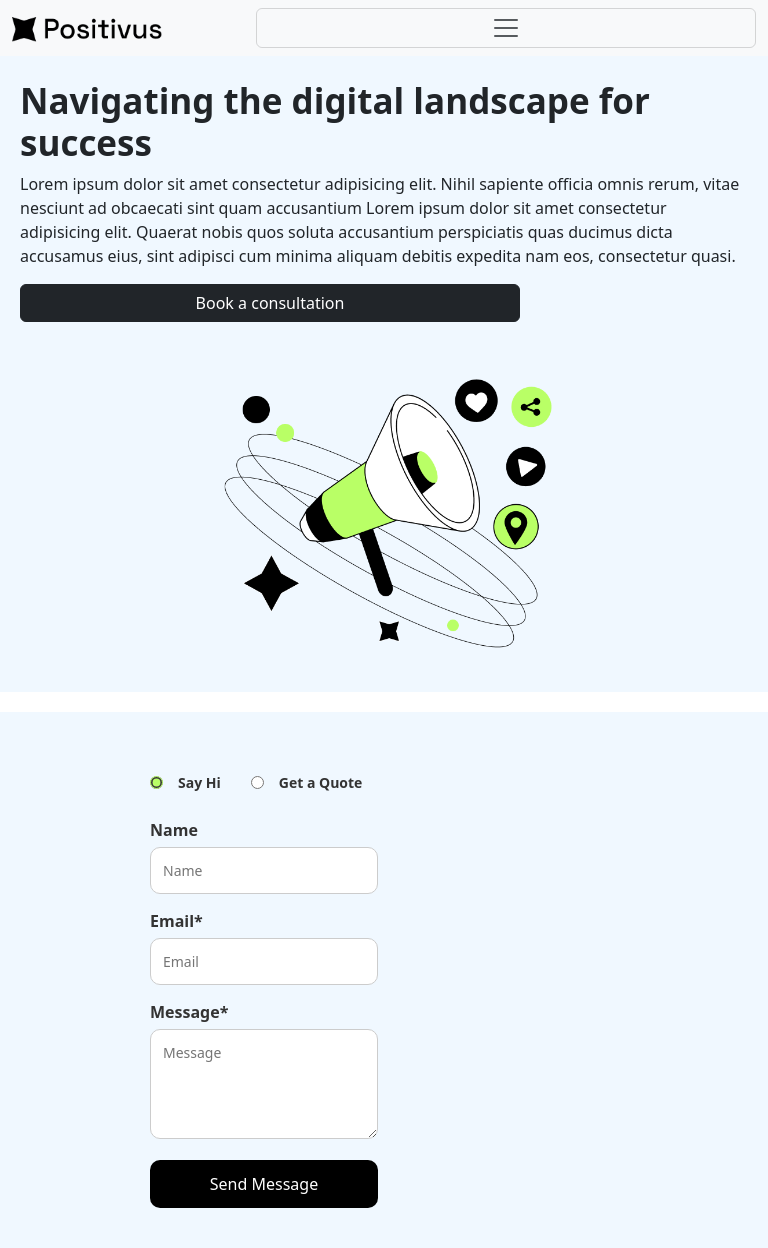
Repository: inshaabbas/CSS-Hackathon-SMIT
Page: index.html
These files come from the project's save history. The page is drawn as it stood at one moment and after a run of saves; the edit follows.
The browser window is 768 px wide. The pictures show the whole page.

Above is the page before, as saved 2025-06-25 10:18:23.

### index.html
<!DOCTYPE html>
<html lang="en">
<head>
    <meta charset="UTF-8">
    <meta name="viewport" content="width=device-width, initial-scale=1.0">
    <title>CSS Hackathon</title>
    <!-- Bootstrap CDN -->
     <link href="https://cdn.jsdelivr.net/npm/bootstrap@5.3.7/dist/css/bootstrap.min.css" rel="stylesheet" integrity="sha384-LN+7fdVzj6u52u30Kp6M/trliBMCMKTyK833zpbD+pXdCLuTusPj697FH4R/5mcr" crossorigin="anonymous">
    <!-- Font Awesome CDN -->
     <link rel="stylesheet" href="https://cdnjs.cloudflare.com/ajax/libs/font-awesome/6.7.2/css/all.min.css" integrity="sha512-Evv84Mr4kqVGRNSgIGL/F/aIDqQb7xQ2vcrdIwxfjThSH8CSR7PBEakCr51Ck+w+/U6swU2Im1vVX0SVk9ABhg==" crossorigin="anonymous" referrerpolicy="no-referrer"/>
    <!-- External Style Sheet -->
     <link rel="stylesheet" href="./style.css">
</head>
<body>
    <!-- Header Section Starts -->
    <header class="container-xxl">
      <div class="fixed-top">
         <nav class="navbar navbar-expand-lg bg-body-tertiary">
  <div class="container-fluid">
    <a class="navbar-brand" href="#"><img src="./Assets/logo.png" alt="Logo" width="150px"></a>
    <button class="navbar-toggler" type="button" data-bs-toggle="collapse" data-bs-target="#navbarSupportedContent" aria-controls="navbarSupportedContent" aria-expanded="false" aria-label="Toggle navigation">
      <span class="navbar-toggler-icon"></span>
    </button>
    <div class="collapse navbar-collapse" id="navbarSupportedContent">
      <ul class="navbar-nav ms-auto me-3 gap-4 mb-2 mb-lg-0">
        <li class="nav-item">
          <a class="nav-link active" aria-current="page" href="#">Aboutus</a>
        </li>
        <li class="nav-item">
          <a class="nav-link active" href="#">Services</a>
        </li>
        <li class="nav-item">
          <a class="nav-link active" aria-disabled="true">User Cases</a>
        </li>
        <li class="nav-item">
          <a class="nav-link active" aria-current="page" href="#">Pricing</a>
        </li>
        <li class="nav-item">
          <a class="nav-link active" aria-current="page" href="#">Blog</a>
        </li>
      </ul>
        <button class="btn btn-outline-dark" type="submit">Request a Quote</button>
      </form>
    </div>
  </div>
</nav>
      </div>
    </header>
    <!-- Header Section Ends -->

    <!-- Hero Section Starts -->
     <section class="hero-sec container-xxl">
        <div class="hero-text">
            <h2>Navigating the digital landscape for success</h2>
            <p>Lorem ipsum dolor sit amet consectetur adipisicing elit. Nihil sapiente officia omnis rerum, vitae nesciunt ad obcaecati sint quam accusantium Lorem ipsum dolor sit amet consectetur adipisicing elit. Quaerat nobis quos soluta accusantium perspiciatis quas ducimus dicta accusamus eius, sint adipisci cum minima aliquam debitis expedita nam eos, consectetur quasi.</p>
            <button type="button" class="btn btn-dark">Book a consultation</button>
        </div>
        <div class="hero-img">
            <img src="./Assets/hero-sec-img.png" alt="Hero Section Img" width="450px" height="330px">
        </div>
     </section>
    <!-- Hero Section Ends -->

     <!-- Contact section Starts -->
     <section class="contact-section container-xxl">
      <div class="contact-form">
        <form>
          <div class="radio-group">
            <label><input type="radio" name="purpose" checked>Say Hi</label>
            <label><input type="radio" name="purpose"> Get a Quote</label>
          </div>

          <div class="form-group">
            <label for="name">Name</label>
            <input type="text" id="name" name="name" placeholder="Name" required>
          </div>

          <div class="form-group">
            <label for="email">Email*</label>
            <input type="email" id="email" name="email" placeholder="Email" required>
          </div>

          <div class="form-group">
            <label for="message">Message*</label>
            <textarea id="message" name="message" placeholder="Message" rows="4" required></textarea>
          </div>

          <button type="submit">Send Message</button>
        </form>
       </div>
      <div class="contact-image">
        <img src="./Assets/Contact-img.png" alt="Contact img" width="400px">
      </div>
     </section>







<script src="https://cdn.jsdelivr.net/npm/@popperjs/core@2.11.8/dist/umd/popper.min.js" integrity="sha384-I7E8VVD/ismYTF4hNIPjVp/Zjvgyol6VFvRkX/vR+Vc4jQkC+hVqc2pM8ODewa9r" crossorigin="anonymous"></script>
<script src="https://cdn.jsdelivr.net/npm/bootstrap@5.3.7/dist/js/bootstrap.min.js" integrity="sha384-7qAoOXltbVP82dhxHAUje59V5r2YsVfBafyUDxEdApLPmcdhBPg1DKg1ERo0BZlK" crossorigin="anonymous"></script>
</body>
</html>

### style.css
.hover-img{
    transition: transform 0.3s ease;
}

.hover-img:hover{
    transform: scale(1.1);
}

.hero-sec{
    display: flex;
    justify-content: space-around;
    align-items: center;
    padding: 20px;
    height: 500px;
    background-color: aliceblue;
    padding-top: 80px;
}

.hero-text{
    width: 50%;
}

.hero-text h2{
    font-size: 35px;
    font-weight: bold;
}

@media screen and (max-width: 1010px) {
    .hero-img img{
        width: 350px;
        height: 300px;
    }
    .hero-sec{
        height: auto;
    }
}

@media screen and (max-width: 800px){
    .hero-sec{
        flex-direction: column;
        gap: 50px;
    }

    .hero-text{
    width: 100%;
}
}

/* Hero Section End */

/* Contact Section Starts */

.contact-section{
    display: flex;
    justify-content: space-between;
    /* height: 400px; */
    height: auto;
    background-color: aliceblue;
    margin-top: 20px;
    padding: 60px 0px 40px 20px
}

.contact-form{
    width: 100%;
    margin-left: 40px;
}

.radio-group {
  display: flex;
  gap: 30px;
  margin-bottom: 20px;
  font-size: 14px;
}

.radio-group label{
  display: flex;
  align-items: center;
  gap: 15px;
  font-size: 14px;
  color: #333;
  cursor: pointer;
  /* width: 100px; */
  white-space: nowrap
}


input[type="radio"] {
  accent-color: #b9ff66;
}

.form-group {
  margin-bottom: 15px;
}

label {
  display: block;
  margin-bottom: 5px;
  font-weight: bold;
  color: #333;
}

input,
textarea {
  width: 100%;
  max-width: 500px;
  padding: 12px;
  font-size: 14px;
  border: 1px solid #ccc;
  border-radius: 10px;
  box-sizing: border-box;
}

button {
  background-color: #000;
  color: #fff;
  border: none;
  padding: 12px;
  width: 100%;
  max-width: 500px;
  border-radius: 10px;
  font-size: 16px;
  cursor: pointer;
  transition: background-color 0.3s;
}

button:hover {
  background-color: #333;
}

.contact-image {
  flex: 1;
  text-align: right;
  min-width: 300px;
  overflow-x: hidden;
}

@media screen and (max-width: 890px){
    .contact-image img{
        display: none;
    }

    .contact-form{
        display: flex;
        justify-content: center;
        align-items: center;
        max-width: 500px;
    }
}

After the next 3 saves:
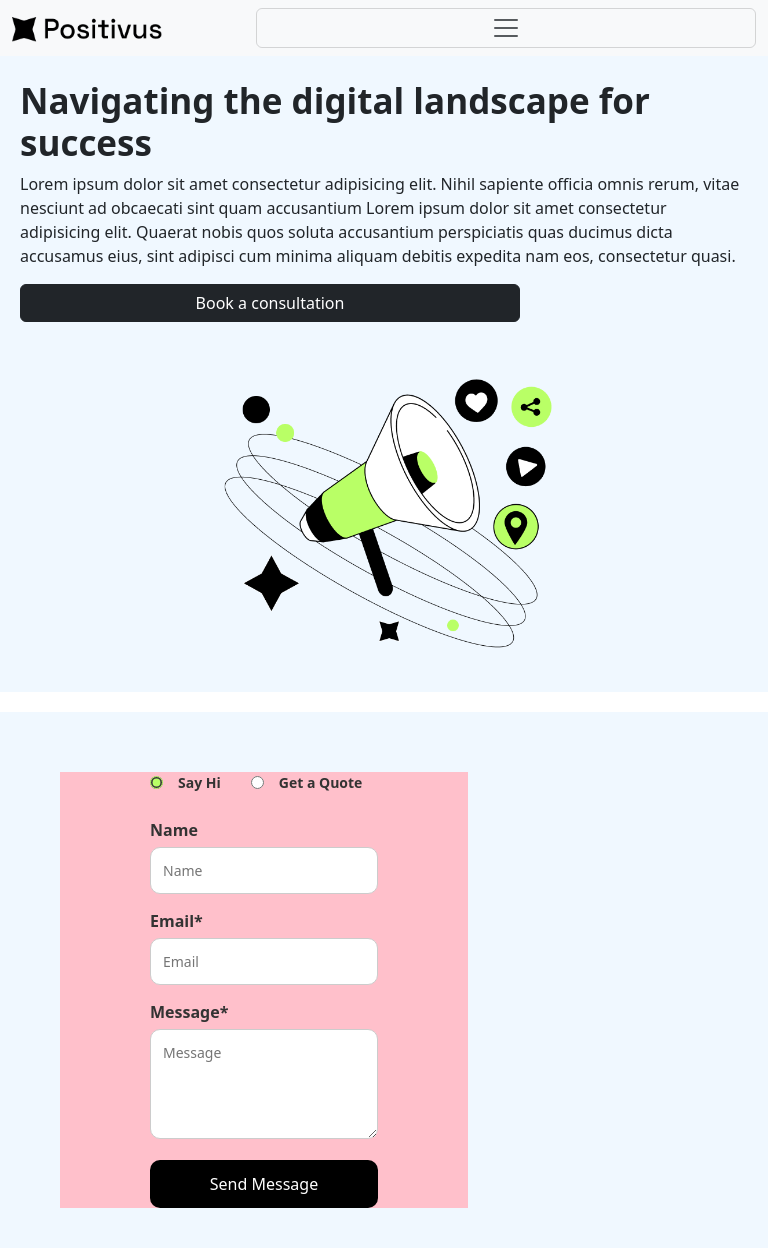
The 3 saves are shown as one change because they came seconds apart.
The last was saved 13 s later.
--- a/style.css
+++ b/style.css
@@ -143,6 +143,6 @@ button:hover {
         display: flex;
         justify-content: center;
         align-items: center;
-        max-width: 500px;
+        background-color: pink;
     }
 }
